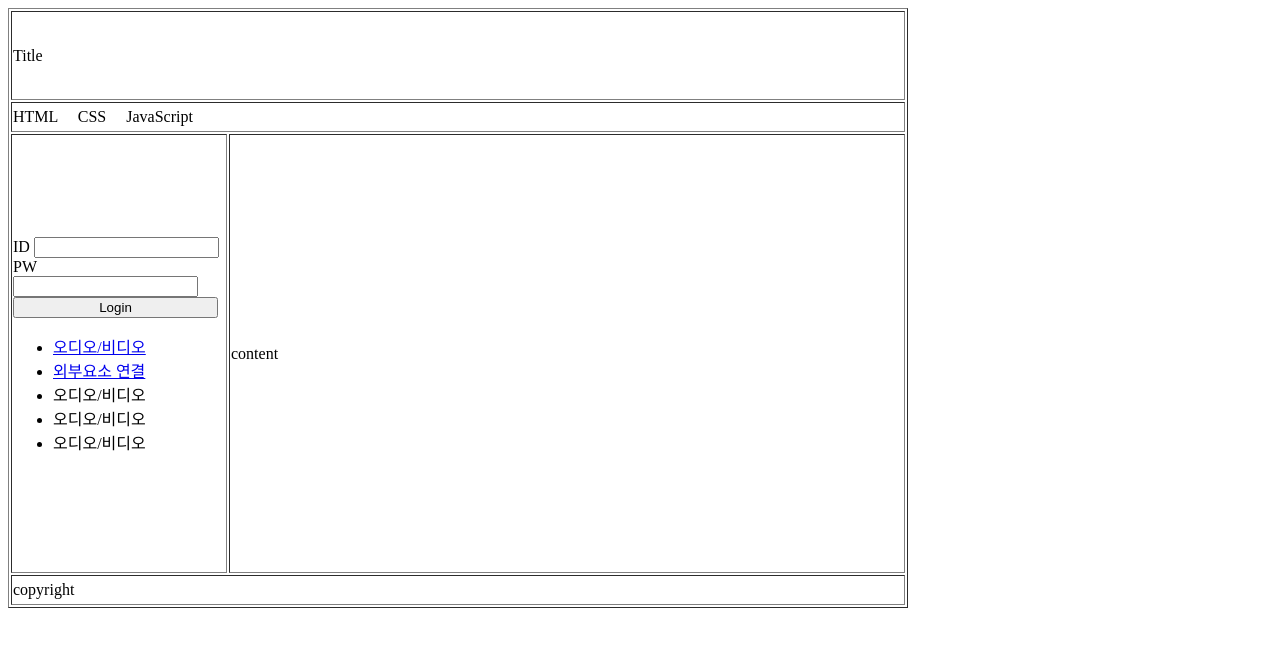
Repository: Hwangjiwon/MultiCampus
Page: 2Study/WebContent/index.html
These files come from the project's save history. The page is drawn as it stood at one moment and after the next save; the edit follows.
The browser window is 1280 px wide. The pictures show the whole page.

Above is the page before, as saved 2019-05-30 05:06:04.

### 2Study/WebContent/index.html
<!DOCTYPE html>
<html>
<head>
<meta charset="UTF-8">
<title>Insert title here</title>
</head>
<body>
	 <table border="1" width="900" height="600">
      <tr height="15%"><td colspan="2">Title</td></tr>
      <tr height="5%"><td colspan="2">HTML &nbsp;&nbsp;&nbsp; CSS &nbsp;&nbsp;&nbsp; JavaScript</td></tr>
      <tr><td width="20%">
      <form style="width: 212px; ">
					ID <input><br>
					PW <input type="password"><br>
					<input type="submit" value="Login" style="width: 205px; ">
	  </form>
				<ul>
         <li><a href ="html/audio_video.html">오디오/비디오</a></li>
         <li><a href ="html/iframe.html">외부요소 연결</a></li>
         <li>오디오/비디오</li>
         <li>오디오/비디오</li>
         <li>오디오/비디오</li>
      </ul></td><td>content</td></tr>
      <tr height="5%"><td colspan="2">copyright</td></tr>
   </table>

</body>
</html>

After the next save:
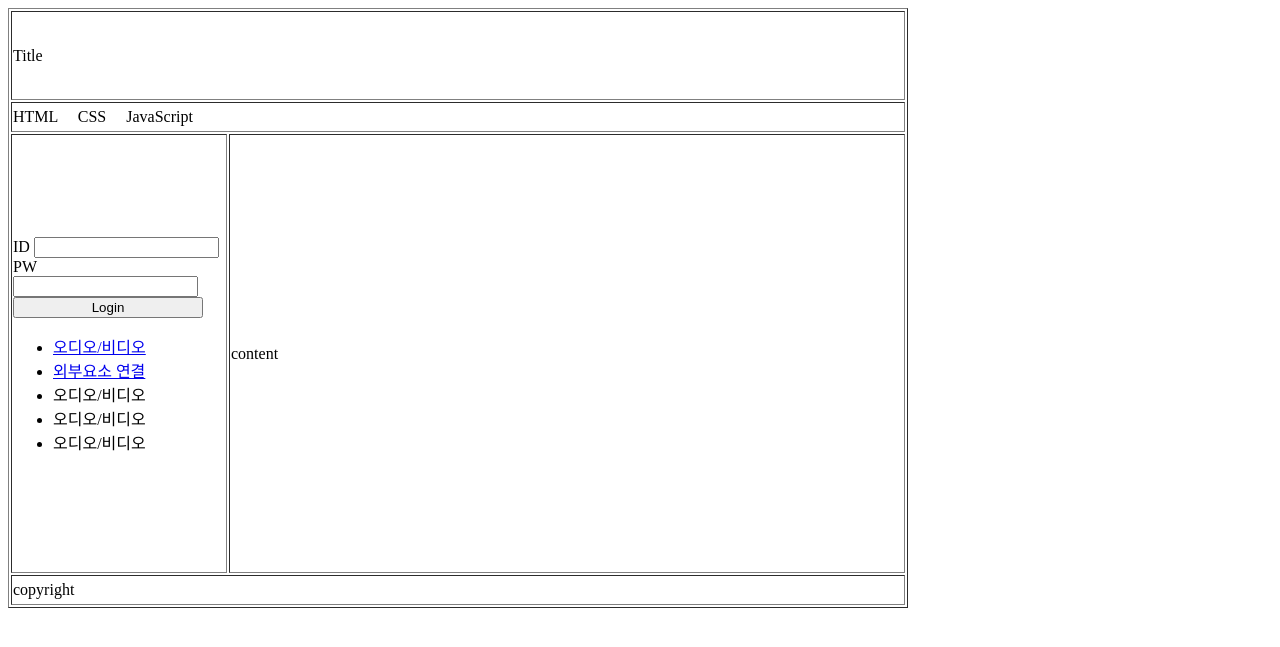
Saved 13 s later.
--- a/2Study/WebContent/index.html
+++ b/2Study/WebContent/index.html
@@ -12,7 +12,7 @@
       <form style="width: 212px; ">
 					ID <input><br>
 					PW <input type="password"><br>
-					<input type="submit" value="Login" style="width: 205px; ">
+					<input type="submit" value="Login" style="width: 190px; ">
 	  </form>
 				<ul>
          <li><a href ="html/audio_video.html">오디오/비디오</a></li>
